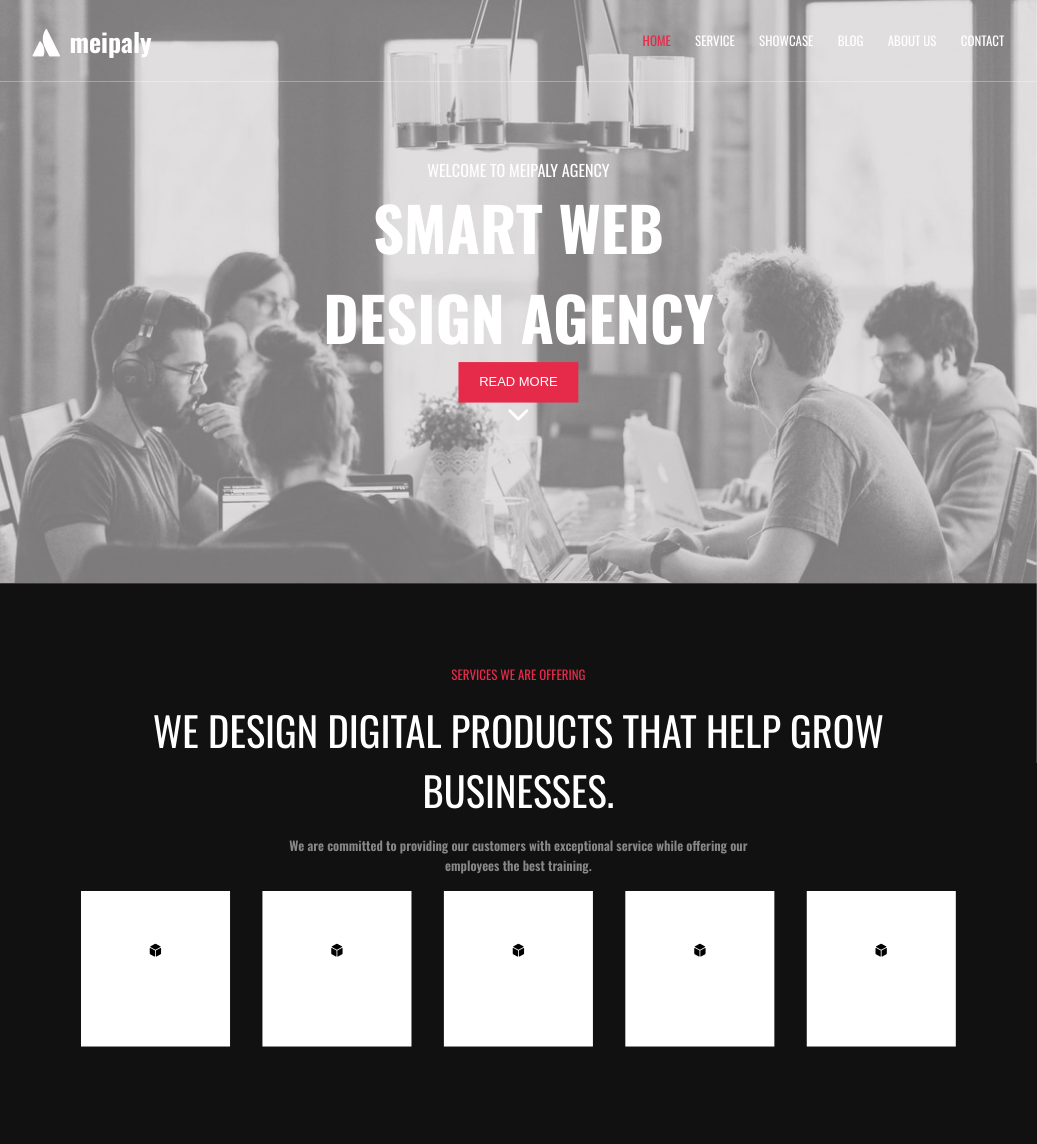
Repository: trminhphuc1504/meipaly
Page: meipaly.html
These files come from the project's save history. The page is drawn as it stood at one moment and after the next save; the edit follows.
The browser window is 1280 px wide. The pictures show the whole page, at 81% of full size.
Some web libraries are served in a nearby version.

Above is the page before, as saved 2024-08-19 19:04:55.

### meipaly.html
<!DOCTYPE html>
<html lang="en">
  <head>
    <meta charset="UTF-8" />
    <meta name="viewport" content="width=device-width, initial-scale=1.0" />

    <!-- Font Awesome -->
    <link
      rel="stylesheet"
      href="https://cdnjs.cloudflare.com/ajax/libs/font-awesome/6.6.0/css/all.min.css"
    />

    <!-- Google font -->
    <link rel="preconnect" href="https://fonts.googleapis.com" />
    <link rel="preconnect" href="https://fonts.gstatic.com" crossorigin />
    <link
      href="https://fonts.googleapis.com/css2?family=Oswald:wght@200..700&display=swap"
      rel="stylesheet"
    />

    <!-- Slick CSS -->
    <link rel="stylesheet" href="./lib/slick/slick.css" />

    <!-- Slick CSS Theme -->
    <!-- Ko bắt buộc -->
    <link rel="stylesheet" href="./lib/slick/slick-theme.css" />

    <link rel="stylesheet" href="./css/meipaly.css" />
    <title>Meipaly</title>
  </head>
  <body>
    <!-- header -->
    <section id="header">
      <div class="container">
        <header>
          <div class="header-logo">
            <i class="fa-brands fa-atlassian"></i> <span>meipaly</span>
          </div>

          <nav class="header-nav">
            <ul>
              <li>
                <a class="active" href="#">Home</a>
              </li>
              <li>
                <a href="#">Service</a>
              </li>
              <li>
                <a href="#">Showcase</a>
              </li>
              <li>
                <a href="#">Blog</a>
              </li>
              <li>
                <a href="#">About Us</a>
              </li>
              <li>
                <a href="#">Contact</a>
              </li>
            </ul>
          </nav>
        </header>
      </div>
    </section>

    <!-- Banner -->
    <section id="banner">
      <div class="banner-content">
        <p class="banner-desc">WELCOME TO MEIPALY AGENCY</p>
        <h1 class="banner-title">
          SMART WEB <br />
          DESIGN AGENCY
        </h1>
        <button class="banner-btn">Read more</button>
        <i class="fa-solid fa-chevron-down banner-icon"></i>
      </div>
    </section>

    <!-- Carousel -->

    <section id="carousel">
      <div class="container">
        <div class="carousel-content">
          <div class="carousel-sub-title">SERVICES WE ARE OFFERING</div>
          <h2 class="carousel-title">
            WE DESIGN DIGITAL PRODUCTS THAT HELP GROW BUSINESSES.
          </h2>
          <p class="carousel-desc">
            We are committed to providing our customers with exceptional service
            while offering our employees the best training.
          </p>

          <div class="carousel-slider">
            <div class="carousel-slider-item">
              <div class="slider-content">
                <i class="fa-solid fa-dice-d6"></i>
                <p>App mobile developement</p>
              </div>
            </div>
            <div class="carousel-slider-item">
              <div class="slider-content">
                <i class="fa-solid fa-dice-d6"></i>
                <p>App mobile developement</p>
              </div>
            </div>
            <div class="carousel-slider-item">
              <div class="slider-content">
                <i class="fa-solid fa-dice-d6"></i>
                <p>App mobile developement</p>
              </div>
            </div>
            <div class="carousel-slider-item">
              <div class="slider-content">
                <i class="fa-solid fa-dice-d6"></i>
                <p>App mobile developement</p>
              </div>
            </div>
            <div class="carousel-slider-item">
              <div class="slider-content">
                <i class="fa-solid fa-dice-d6"></i>
                <p>App mobile developement</p>
              </div>
            </div>
            <div class="carousel-slider-item">
              <div class="slider-content">
                <i class="fa-solid fa-dice-d6"></i>
                <p>App mobile developement</p>
              </div>
            </div>
            <div class="carousel-slider-item">
              <div class="slider-content">
                <i class="fa-solid fa-dice-d6"></i>
                <p>App mobile developement</p>
              </div>
            </div>
            <div class="carousel-slider-item">
              <div class="slider-content">
                <i class="fa-solid fa-dice-d6"></i>
                <p>App mobile developement</p>
              </div>
            </div>
          </div>
        </div>
      </div>
    </section>

    <!-- JQuery -->
    <script src="./js/jquery-1.11.0.min.js"></script>

    <!-- Slick JS -->
    <script src="./lib/slick/slick.min.js"></script>

    <script>
      $(".carousel-slider").slick({
        // Chạy vòng tròn
        infinite: true,
        // Số lượng item hiển thị
        slidesToShow: 5,

        // Số lượng item thay đổi khi scroll
        slidesToScroll: 2,

        // Ẩn hiện mũi tên next or prev item
        arrows: false,

        // Tự động chuyển slider
        autoplay: false,

        // Thời gian chuyển slider item (đơn vị ms, 1s = 1000ms)
        autoplaySpeed: 2000,
      });
    </script>
  </body>
</html>

### css/meipaly.css
/* reset css */
* {
margin: 0;
padding: 0;
box-sizing: border-box;
}

/* reset gạch chân mặc định của thẻ a  */
a{
    text-decoration: none;
}
html{
    font-family: "Oswald", sans-serif;
}

.container{
    max-width: 1200px;
    margin: auto;
    /* background: blue; */
}

/* --------------Header-------------- */
header{
    display: flex;
    justify-content: space-between;
    height: 100px;
    align-items: center;
}

#header{
    position: absolute;
    width: 100%;
    left: 0;
    top:0;
    border-bottom:1px solid rgba(255, 255, 255, 0.4);
}

header .header-logo{
    /* thay đổi hình dạng của con trỏ chuột */
    cursor:pointer ;
}

/* selector chọn những thẻ có class là header-logo nằm trong thẻ header */
header .header-logo span{
 font-size:32px;
 font-weight: 700;
 color:#fff;
 margin-left:  8px;
}

header .header-logo i{
    font-size:34px;
    color: #fff;
}

header .header-nav a{
    text-decoration: none;
    text-transform: uppercase;
    color: #fff;
    /* Xác định thuộc tính thay đổi */
    /* transition: all; */

    /* Thời gian thực hiện chuyển động thay đổi */
    /* transition-duration: 0.3s; */

    /* Hiệu ứng thay đổi */
    /* transition-timing-function: ease-in-out; */

    /* Cú pháp rút gọn */
    transition: all 0.3s ease-in-out;
}
/* hover: bắt sự kiện khi rê chuột vào thẻ a */
header .header-nav a:hover{
color: #e62b4a;
}
/* C1 */
/* header .header-nav li {
    display: inline;
    margin: 30px;
} */

/* C2: Sử dụng flex */
header .header-nav ul{
    /* bỏ đi đánh dấu của thẻ ul li */
    list-style: none;
    display: flex;
    /* chỉnh khoảng cách giữa các flex items */
    gap: 30px;
}
/* C1: thêm class active vào thẻ a ở file html */
/* Seclector tới thẻ a có class active nằm trong header-nav và trong header */
header .header-nav a.active{
    color: #e62b4a;
}

/* C2 */
/* Selector tới thẻ a trong thẻ con li đầu tiên của thẻ ul */
/* nth-child():lựa chọn tới thẻ con bất kì */
/* header .header-nav ul li:first-child{
    color: #e62b4a;
} */

#banner{
        /* Dùng hình ảnh để làm hình nền  */
        background:url(../img/home_slider.jpg);
        /*Tránh trường hợp lặp lại hình*/
        background-repeat: no-repeat;
        /* Chỉnh kích thước của hình nền */
        /* cover:chiếm hết toàn bộ kích thước của thẻ cha */
        /* contain: Giữ nguyên kích thước của hình*/
        background-size: cover;
        /* Chỉnh sửa vị trí của hình background */
        background-position: center;

        /* Cú pháp viết gọn */
        /* background:url(../img/home_slider.jpg) no-repeat center / cover; */
}



/* Banner */
/* Căn giữa nội dụng */
/* C1: flex box */
#banner .banner-content{
    display: flex;
    flex-direction: column;
    justify-content: center;
    align-items: center;
    height:100vh;
}

#banner .banner-content .banner-icon{
    color:#fff;
    font-size: 28px;

    /* Tên của animation đang muốn áp dụng vào */
    animation-name: fadeDown;

    /* Kiểu chuyển động của animation */
    animation-timing-function: linear;

    /* Thời gian thực hiện của animation */
    animation-duration: 1s;

    animation-fill-mode: both;

    /* Thời gian chờ trước khi animation đc thực hiện */
    animation-delay: 1s;

    /* Số lần animation đc thực hiện */
    animation-iteration-count: infinite;


    /* Cú pháp rút gọn: */
    /* animation:fadeDown 1s linear infinite; */
}

/* C2:Position */
/* #banner{
    position: relative;
} */

/* #banner .banner-content{
    position: absolute;
    top:50%;
    left:50%;
    transform: translate(-50%,-50%);
    margin-top:79px;
    text-align: center;
    background-color: #111;
} */

#banner .banner-content .banner-desc{
    color: white;
    font-size: 20px;

}

#banner .banner-content .banner-title{
    color: white;
    font-size: 75px;
    max-width: 500px;
    text-align: center;
}



#banner .banner-content .banner-btn{
    background-color: rgb(230, 43, 74);
    padding: 14px 24px;
    text-transform: uppercase;
    color: #fff;
    font-size: 16px;
    font-weight: 400;
    cursor: pointer;
    outline: none;
    border: 2px solid transparent;
    transition: all 0.3s ease-in-out;
}

#banner .banner-content .banner-btn:hover{
    /* Giá trị cuối cùng (alpha) từ 0-1 giá trị càng nhỏ thì càng đậm */
    /* background-color: rgb(230, 43, 74); */
    background: rgb(230, 43, 74 ,0.6);
}

/* Tạo animation */
/* @keyframe */
@keyframes fadeDown {
    from{
        /* thuộc tính của trang thái bắt đầu */
        opacity: 1;
        transform: translateY(0);
    }
    to{
        /* thuộc tính ở trạng thái khết thúc */
        opacity: 0;
        transform: translateY(50px);
    }
}


/* Carousel */
#carousel{
    padding: 100px 80px;
    background-color:#111;
}

#carousel .carousel-content {
    text-align: center;

}

#carousel .carousel-content .carousel-sub-title{
    color:#e62b4a
}

#carousel .carousel-content .carousel-title{
    font-size: 50px;
    font-weight: 400;
    color:#fff;
    padding: 20px 60px;
}

#carousel .carousel-content .carousel-desc{
    font-size: 16px;
    font-weight: 600;
    color: #888;
    /* padding: 0 60px; */
    /* Độ rộng lớn nhất 600px */
    max-width: 600px;
    /* Căn giữa */
    margin: auto;
}



#carousel .carousel-slider-item{
    padding:20px;
    /* background-color:#fff; */
    /* background:#fff; */
}

#carousel .carousel-slider-item .slider-content{
    padding: 60px 30px;
    background:#fff;
}


#carousel .carousel-slider-item p{
    color: #fff
}

Loaded but not shown: lib/slick/slick.css (common file); lib/slick/slick-theme.css (library); js/jquery-1.11.0.min.js (library); lib/slick/slick.min.js (library)

After the next save:
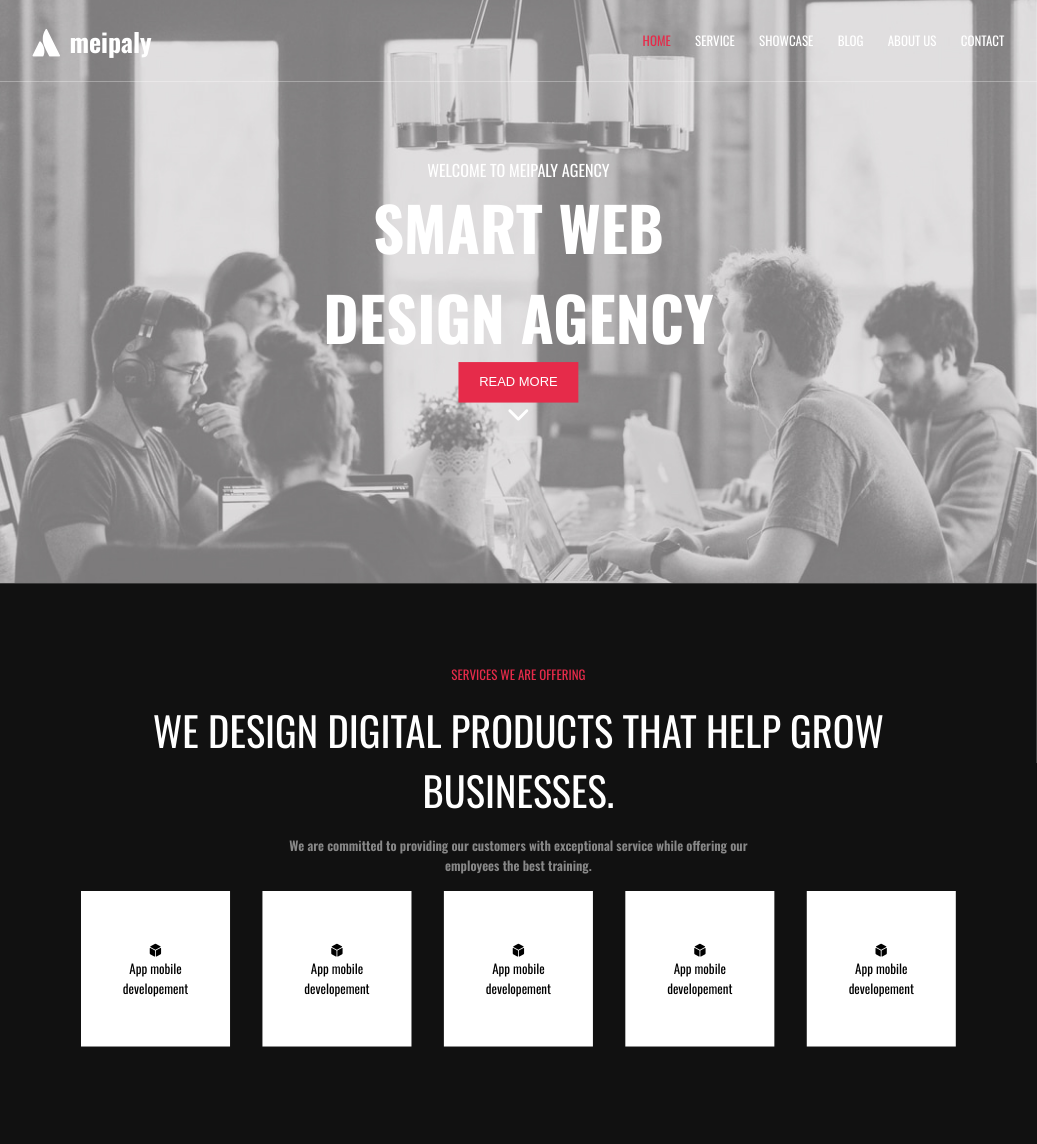
Saved 9 min 29 s later.
--- a/css/meipaly.css
+++ b/css/meipaly.css
@@ -268,5 +268,5 @@
 
 
 #carousel .carousel-slider-item p{
-    color: #fff
-}
+    /* color: #fff */
+}
